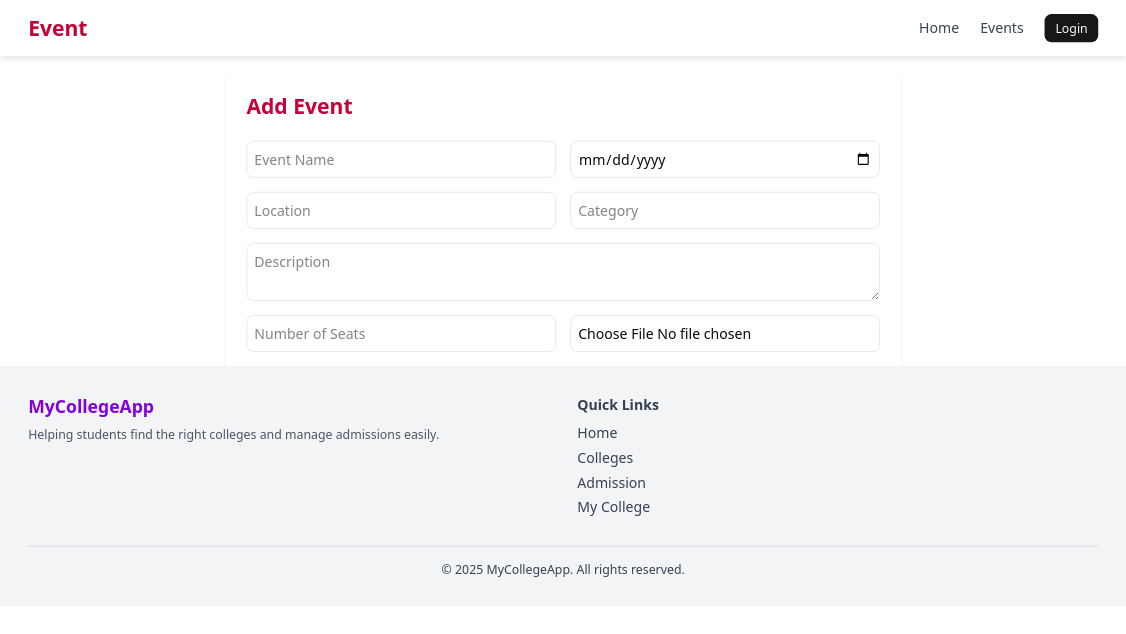
Repository: shshafin/event-client
Page: /add-event
An editor plug-in stored every save of this project. The page is shown before and after a run of saves, followed by the edit.
The browser window is 1280 px wide. The pictures show the whole page, at 88% of full size.
The page's requests for data from a server got no answer. The project was rebuilt for these pictures with package versions that can differ from the ones it lists, and the page was loaded fresh each time. The framework's server and built-in components were replaced by stand-ins that run in the browser. No one was signed in, and anything a server would have sent is missing. Also part of the build but not shown: next.config.ts, src/components/ui/dropdown-menu.tsx.

Above is the page before, as saved 2025-10-30 01:04:35.

After the next 2 saves:
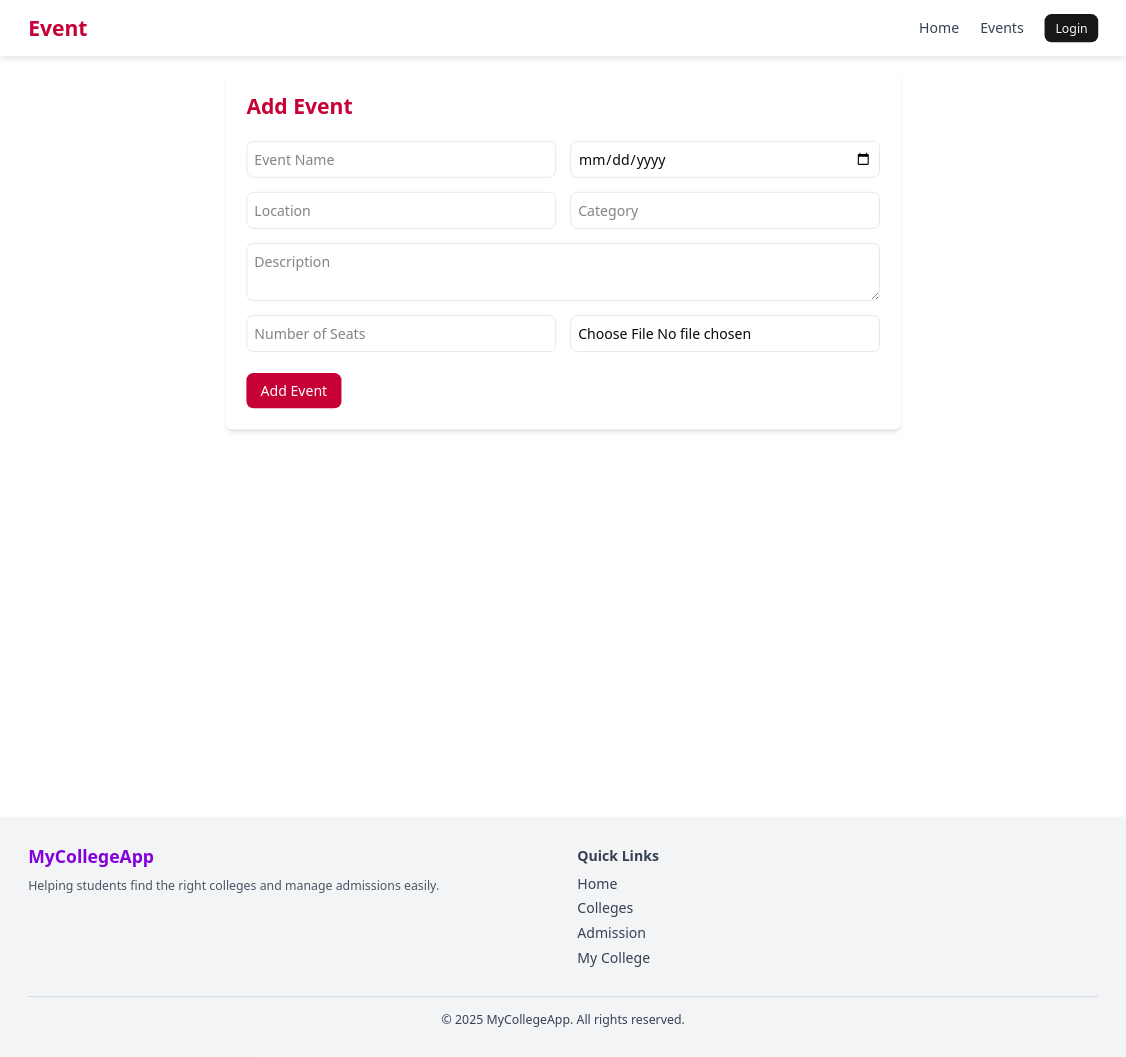
The 2 saves are shown as one change because they came seconds apart.
The last was saved 11 s later.
--- a/src/app/(withCommonLayout)/(admin)/add-event/page.tsx
+++ b/src/app/(withCommonLayout)/(admin)/add-event/page.tsx
@@ -137,7 +137,7 @@ export default function AddEventPage() {
   };
 
   return (
-    <section className="h-72">
+    <section className="h-200">
       <div className="max-w-3xl mx-auto mt-20 p-4 sm:p-6 bg-white shadow-md rounded-md">
         <h2 className="text-2xl font-bold mb-6 text-rose-700 text-center sm:text-left">
           Add Event
